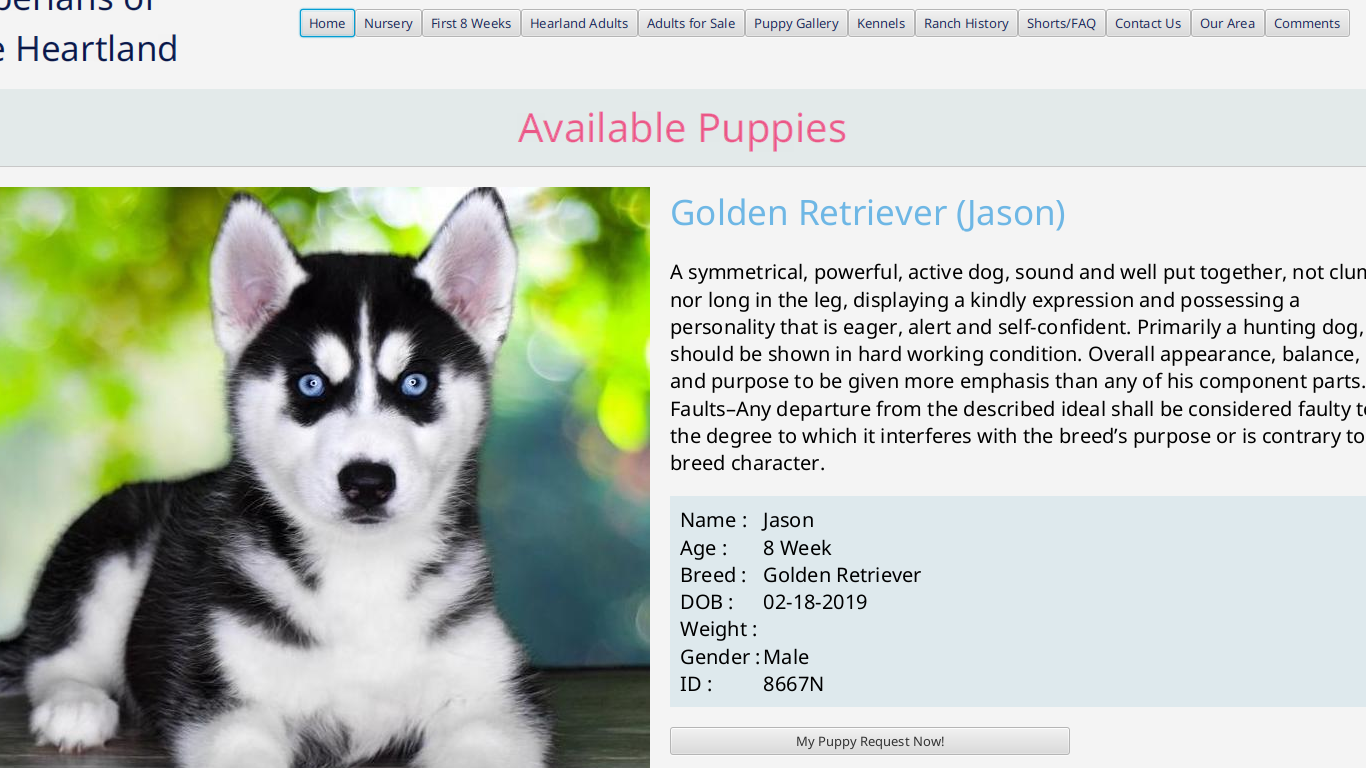
Repository: Cnibungco/CS2450
Program's window: java Assignment4/src/Nursery.java
The author's editor kept a copy of each file at every save. The program's window is drawn from the files as they stood at one save, then again after the next save.
It runs on Java 21 on a 1366 x 768 screen with JavaFX 11; the title bar is not drawn. Parts beyond the screen are cut off. It also reads Assignment4/Pictures/dog1.jpg.

Above is the program's window before, as saved 2019-04-28 20:57:00.

After the next save:
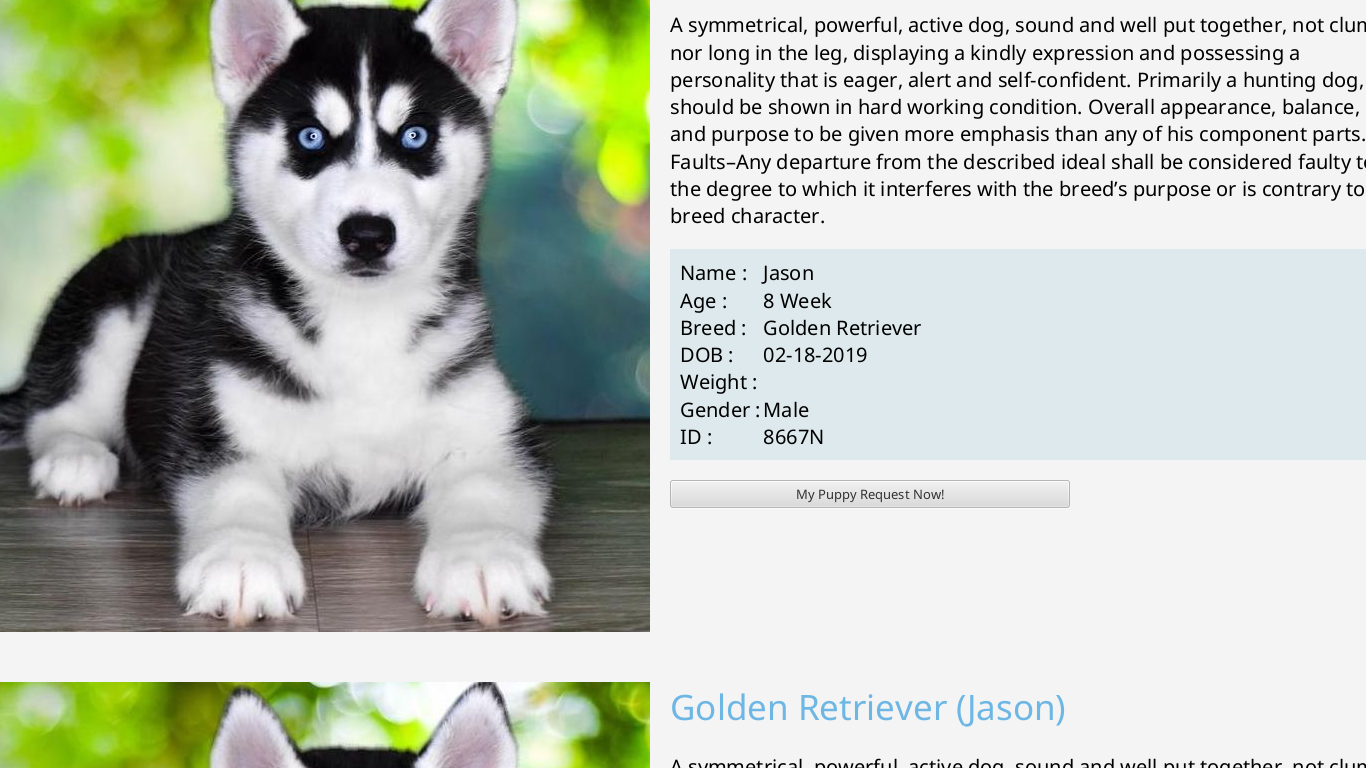
Saved 4 min 25 s later.
--- a/Assignment4/src/Nursery.java
+++ b/Assignment4/src/Nursery.java
@@ -113,7 +113,32 @@
 		dog1HBox.setPadding(new Insets(20));
 
 
-		VBox bodyVBox = new VBox(dog1HBox);
+		Image dog2Image = new Image("file:Pictures/dog1.jpg");
+		ImageView dog2ImageView = new ImageView(dog2Image);
+
+		Label goldenRetrever2Label = new Label("Golden Retriever (Jason)");
+		goldenRetrever2Label.setStyle("-fx-font-size:35; -fx-text-fill:#6eb7e5");
+		//goldenRetreverLabel.setFont(new Font(50));
+		Text dog2Description = new Text("A symmetrical, powerful, active dog, sound and well put together, not clumsy \nnor long in the leg, displaying a kindly expression and possessing a \npersonality that is eager, alert and self-confident. Primarily a hunting dog, he\nshould be shown in hard working condition. Overall appearance, balance, gait \nand purpose to be given more emphasis than any of his component parts. \nFaults–Any departure from the described ideal shall be considered faulty to\nthe degree to which it interferes with the breed’s purpose or is contrary to\nbreed character.");
+		dog2Description.setFont(new Font(20));
+
+		Text dog2NationalCity = new Text("Name :\tJason\nAge :\t8 Week\nBreed :\tGolden Retriever\nDOB :\t02-18-2019\nWeight :\nGender :\tMale\nID :\t\t8667N");
+		dog2NationalCity.setStyle("-fx-font-size:20");
+
+		Button dog2RequestButton = new Button("My Puppy Request Now!");
+		dog2RequestButton.setMinWidth(400);
+		//dog1RequestButton.setStyle("-fx-background-color:#3da8ce");
+
+		VBox dog2NationalCityVBox = new VBox(dog2NationalCity);
+		dog2NationalCityVBox.setPadding(new Insets(10));
+		dog2NationalCityVBox.setStyle("-fx-background-color:#dee9ed");
+
+		VBox dog2DesVBox = new VBox(20, goldenRetrever2Label, dog2Description,dog2NationalCityVBox, dog2RequestButton);
+
+		HBox dog2HBox = new HBox(20, dog2ImageView, dog2DesVBox);
+		dog2HBox.setPadding(new Insets(20));
+
+		VBox bodyVBox = new VBox(10, dog1HBox, dog2HBox);
 
 		ScrollPane scrollPane = new ScrollPane(bodyVBox);
 		scrollPane.setFitToHeight(true);
